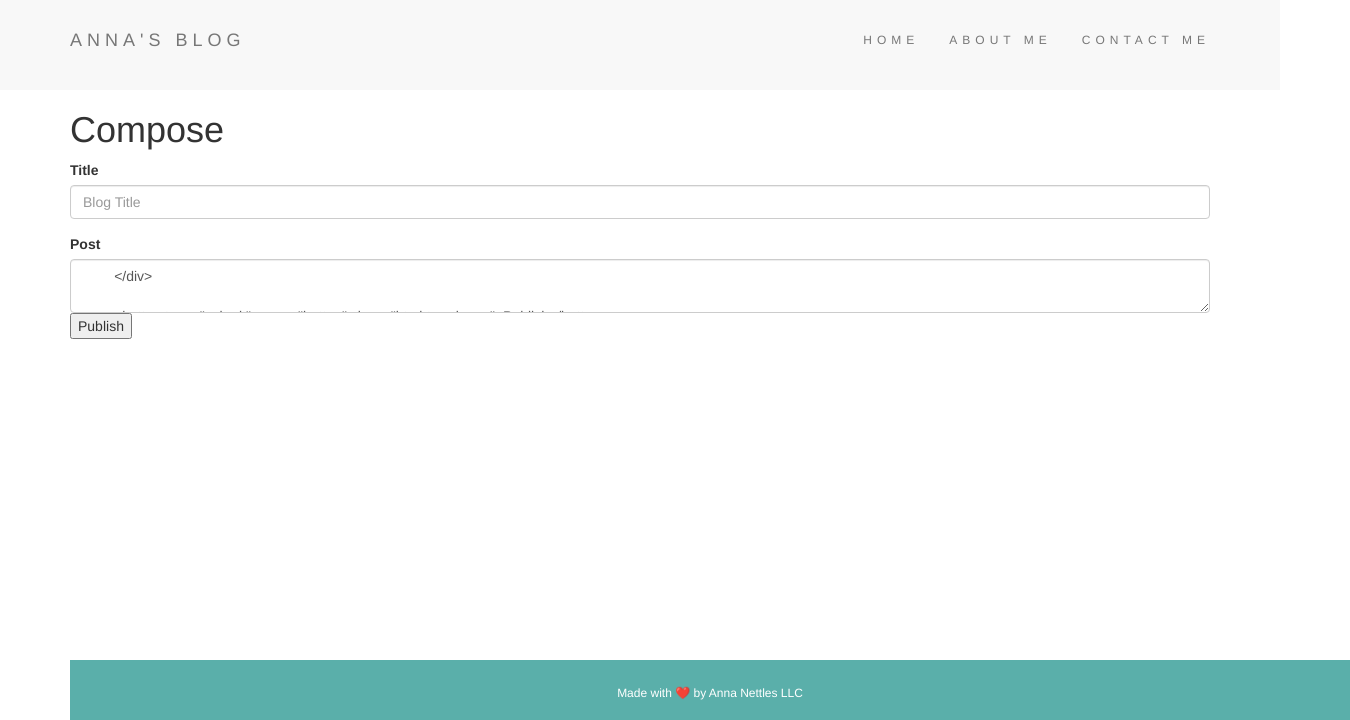
Repository: thecoachanna/blog
Page: http://localhost/compose
An editor plug-in stored every save of this project. The page is shown before and after the next save, followed by the edit.
The browser window is 1280 px wide. The page is 1350 px wide, then 1280 px, so the pictures cover 1350 px, including what lies to the right of the window. The pictures show the whole page.
The page is served by the project's Node server (app.js).

Above is the page before, as saved 2023-05-10 07:29:39.

After the next save:
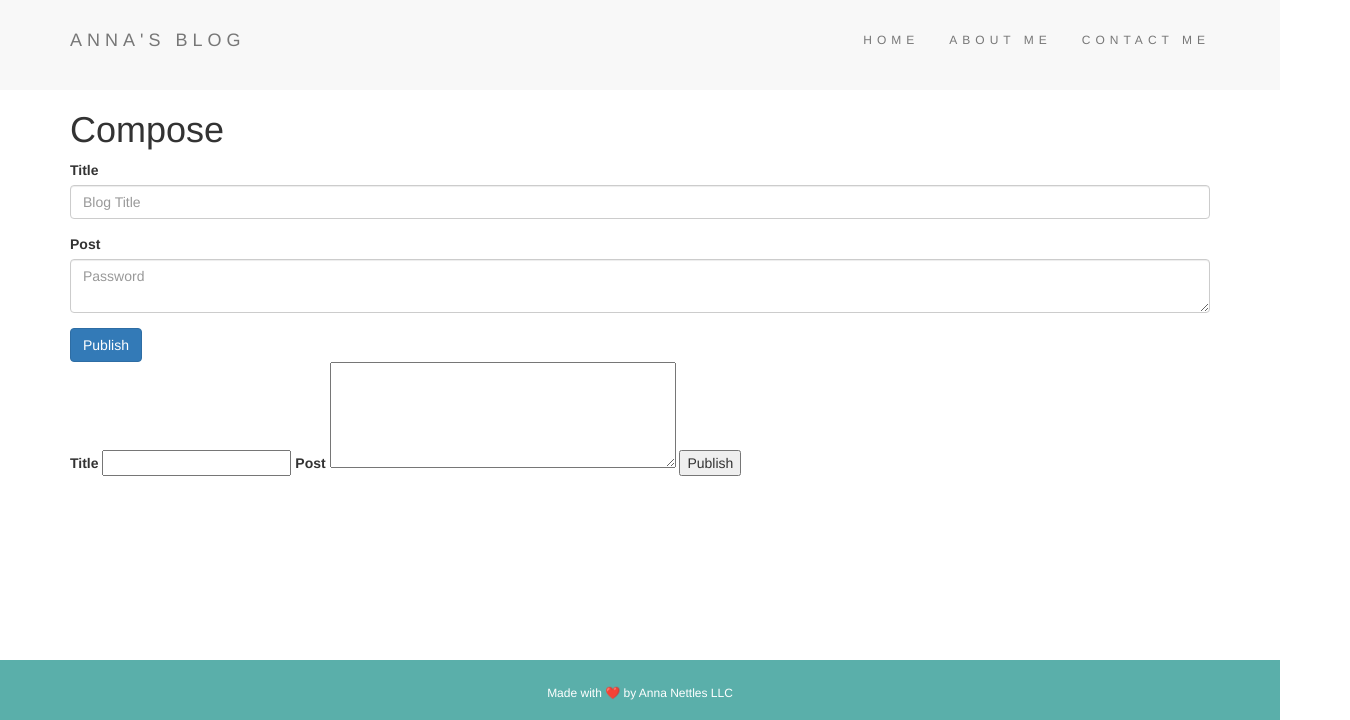
Saved 12 s later.
--- a/views/compose.ejs
+++ b/views/compose.ejs
@@ -9,7 +9,7 @@
         </div>
         <div class="form-group">
           <label for="blogPost">Post</label>
-          <textarea type="password" class="form-control" id="exampleInputPassword1" placeholder="Password">
+          <textarea type="password" class="form-control" id="exampleInputPassword1" placeholder="Password"></textarea>
         </div>
 
         <button type="submit" name="button" class="btn btn-primary">Publish</button>
